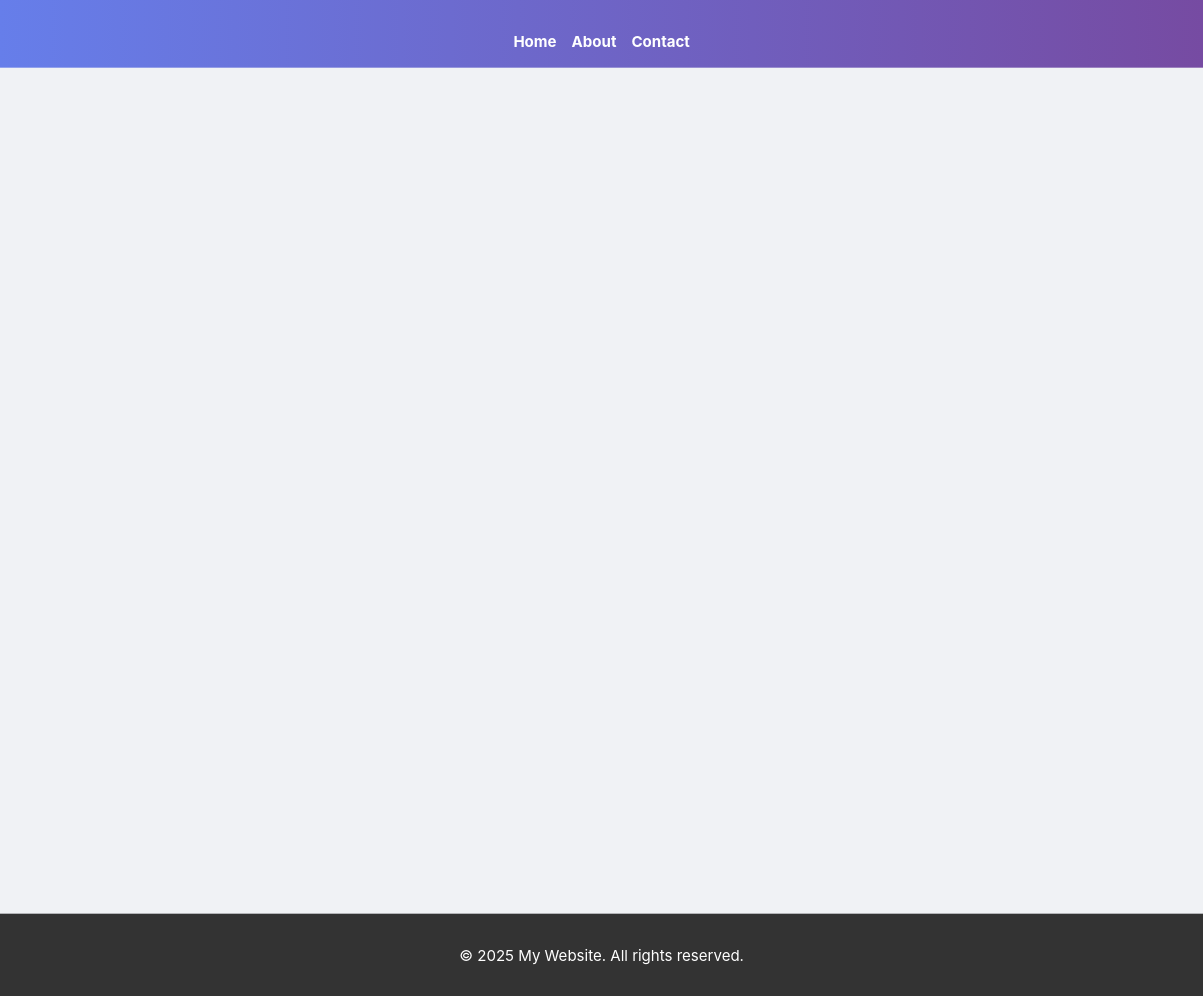
Repository: PhilLeGoff/first-react-page
Page: /
These files come from the project's save history. The page is drawn as it stood at one moment and after the next save; the edit follows.
The browser window is 1280 px wide. The pictures show the whole page, at 94% of full size.
The project was rebuilt for these pictures with package versions that can differ from the ones it lists, and the page was loaded fresh each time. Also part of the build but not shown: vite.config.ts.

Above is the page before, as saved 2025-02-17 15:27:42.

### src/index.css
:root {
  font-family: Inter, system-ui, Avenir, Helvetica, Arial, sans-serif;
  line-height: 1.5;
  font-weight: 400;

  color-scheme: light dark;
  color: rgba(255, 255, 255, 0.87);
  background-color: #242424;

  font-synthesis: none;
  text-rendering: optimizeLegibility;
  -webkit-font-smoothing: antialiased;
  -moz-osx-font-smoothing: grayscale;
}

a {
  font-weight: 500;
  color: #646cff;
  text-decoration: inherit;
}
a:hover {
  color: #535bf2;
}

body {
  margin: 0;
  font-family: 'Inter', sans-serif;
  background-color: #f0f2f5;
}

h1 {
  font-size: 3.2em;
  line-height: 1.1;
}

button {
  border-radius: 8px;
  border: 1px solid transparent;
  padding: 0.6em 1.2em;
  font-size: 1em;
  font-weight: 500;
  font-family: inherit;
  background-color: #1a1a1a;
  cursor: pointer;
  transition: border-color 0.25s;
}
button:hover {
  border-color: #646cff;
}
button:focus,
button:focus-visible {
  outline: 4px auto -webkit-focus-ring-color;
}

@media (prefers-color-scheme: light) {
  :root {
    color: #213547;
    background-color: #ffffff;
  }
  a:hover {
    color: #747bff;
  }
  button {
    background-color: #f9f9f9;
  }
}

### src/App.tsx
// src/App.tsx
import { useState } from 'react'
import Header from './components/Header'
import Footer from './components/Footer'
import './App.css'
import './index.css'
import Hero from './components/Hero'

function App() {
  const [count, setCount] = useState(0)

  return (
    <div className="app-container">
      <Header />

      <Hero />

      <Footer />
    </div>
  )
}

export default App

### src/components/Header.tsx
// src/components/Header.tsx
import './Header.css' // Optional: Create a separate CSS file for Header styles if desired

const Header = () => {
  return (
    <header className="header">
      <nav className="nav">
        <a href="#home" className="nav-link">Home</a>
        <a href="#about" className="nav-link">About</a>
        <a href="#contact" className="nav-link">Contact</a>
      </nav>
    </header>
  )
}

export default Header

### src/components/Footer.tsx
// src/components/Footer.tsx
import './Footer.css' // Optional: Create a separate CSS file for Footer styles if desired

const Footer = () => {
  return (
    <footer className="footer">
      <p>&copy; {new Date().getFullYear()} My Website. All rights reserved.</p>
    </footer>
  )
}

export default Footer

### src/App.css
/* App.css */
.app-container {
  display: flex;
  flex-direction: column;
  min-height: 100vh;
}

.main-content {
  flex: 1;
  padding: 2rem;
  text-align: center;
}

.tagline {
  margin-top: 0.5rem;
  font-size: 1.2rem;
  color: #555;
}

.card {
  background-color: #ffffff;
  padding: 1.5rem;
  margin: 2rem auto;
  border-radius: 0.5rem;
  max-width: 400px;
  box-shadow: 0 2px 5px rgba(0, 0, 0, 0.1);
}

### src/components/Hero.tsx

type Props = {}
import "./Hero.css"

export default function Hero({}: Props) {
  return (
    <div className="hero_container">

    </div>
  )
}

### src/components/Header.css
.header {
  background: linear-gradient(90deg, #667eea, #764ba2);
  padding: 1rem 2rem;
  text-align: center;
}

.nav {
  margin-top: 1rem;
}

.nav-link {
  margin: 0 0.5rem;
  color: #fff;
  text-decoration: none;
  font-weight: bold;
}

.nav-link:hover {
  text-decoration: underline;
}

### src/components/Footer.css
.footer {
  background-color: #333;
  color: #fff;
  padding: 1rem 2rem;
  text-align: center;
}

### src/components/Hero.css
.hero_container {
  height: 900px;
  width: "full";
}

Loaded but not shown: index.html (common file); src/main.tsx (common file)

After the next save:
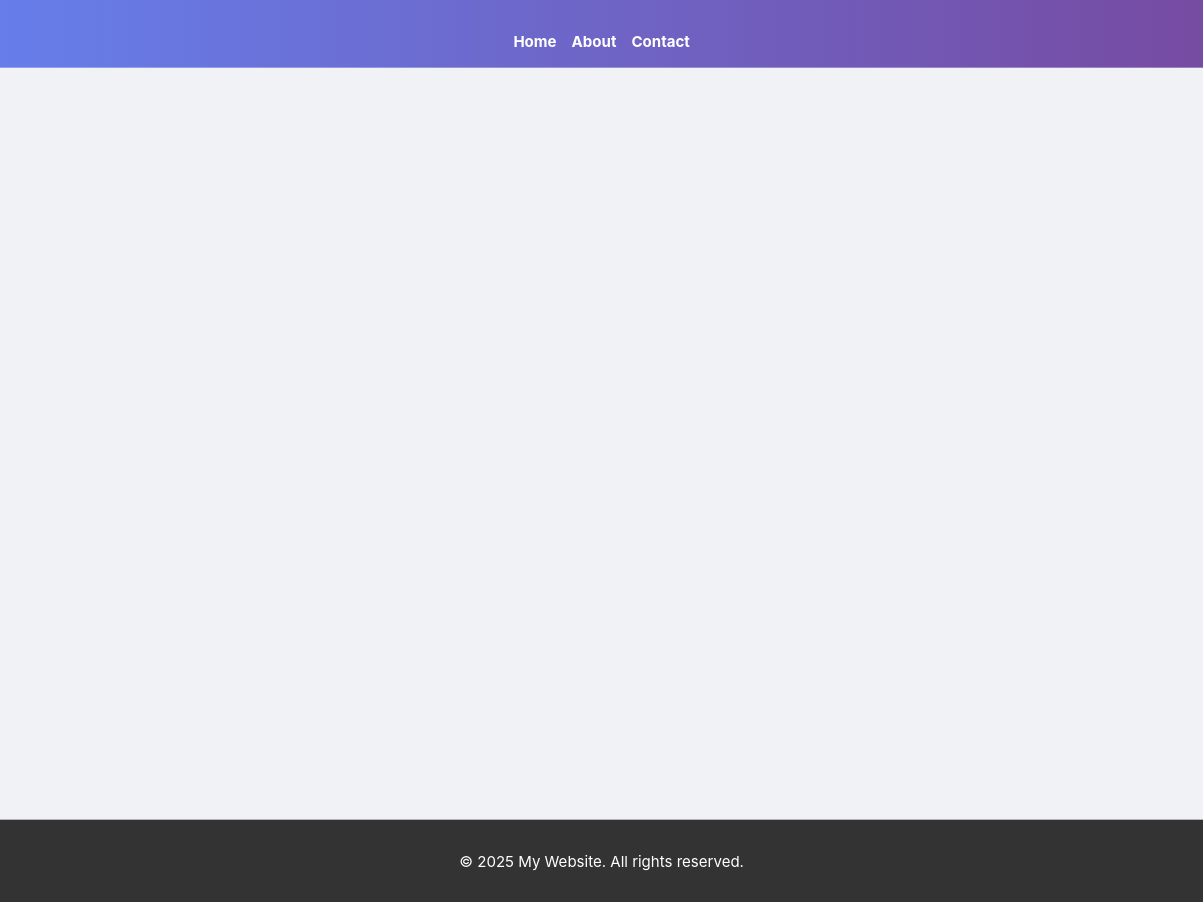
Saved 5 s later.
--- a/src/components/Hero.css
+++ b/src/components/Hero.css
@@ -1,4 +1,4 @@
 .hero_container {
-  height: 900px;
+  height: 800px;
   width: "full";
 }
